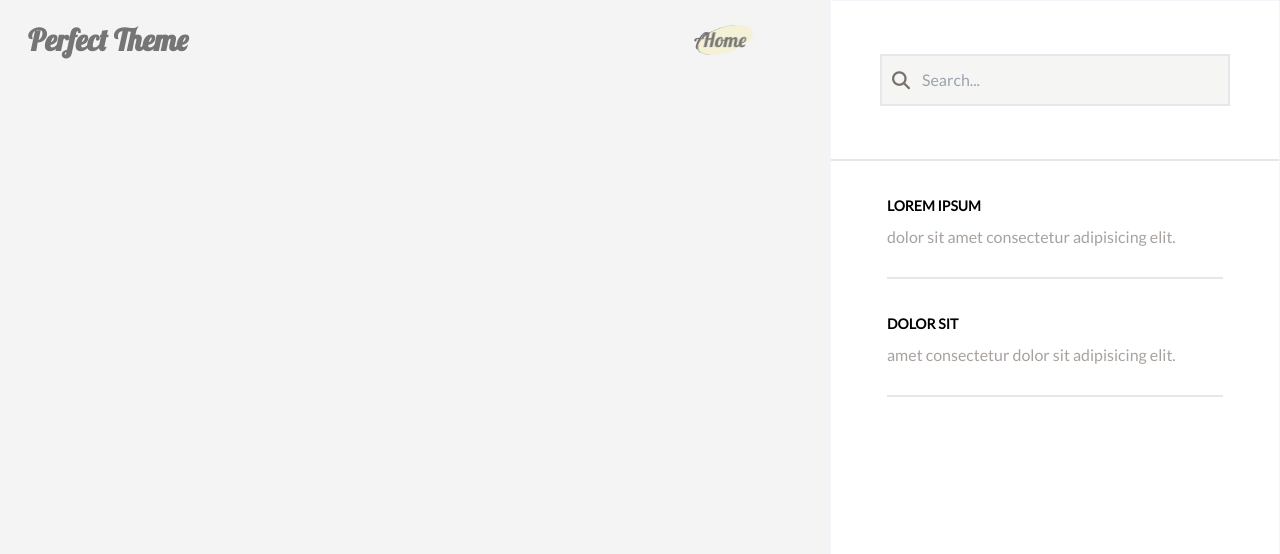
Repository: hsumyatm7308/laravel-blog
Page: blogweb/resources/views/blog/headerlayout.html
An editor plug-in stored every save of this project. The page is shown before and after a run of saves, followed by the edit.
The browser window is 1280 px wide. The pictures show the whole page.
Some web libraries are served in a nearby version.

Above is the page before, as saved 2023-09-04 19:28:04.

After the next 2 saves:
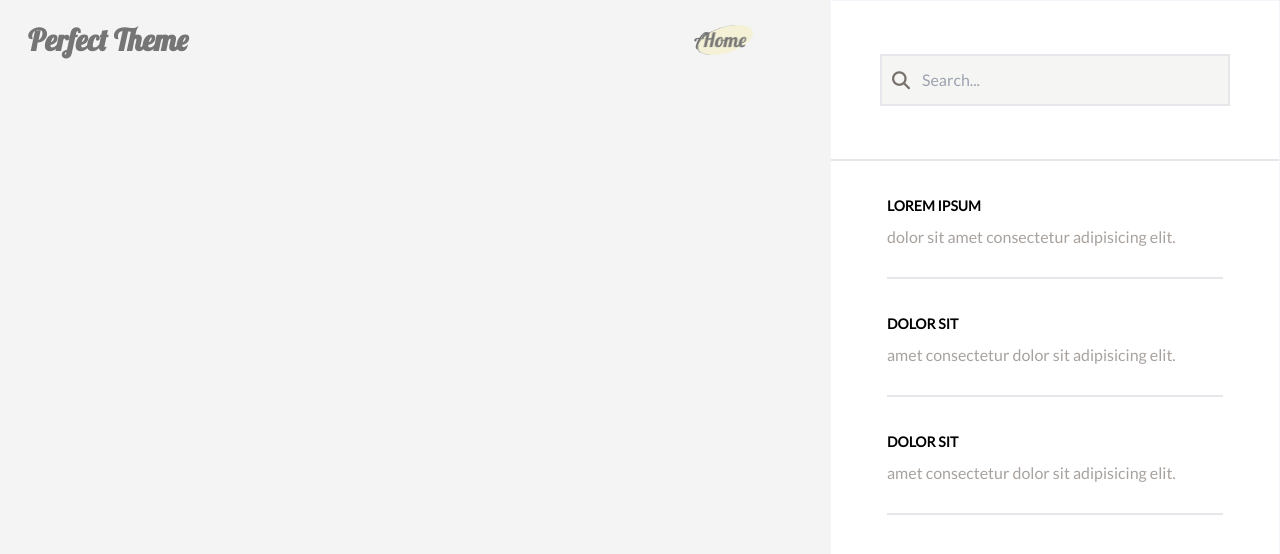
The 2 saves are shown as one change because they came seconds apart.
The last was saved 20 s later.
--- a/blogweb/resources/views/blog/headerlayout.html
+++ b/blogweb/resources/views/blog/headerlayout.html
@@ -157,6 +157,16 @@
 
                     </li>
                 </div>
+
+                <div class="px-14 py-4">
+                    <li class="list-none border-b-2 pb-7">
+                        <a href="" class="uppercase text-sm font-semibold">dolor sit</a>
+                        <p class="text-stone-400 mt-2"> amet consectetur dolor sit adipisicing elit.</p>
+
+                    </li>
+                </div>
+
+
             </div>
 
         </div>
